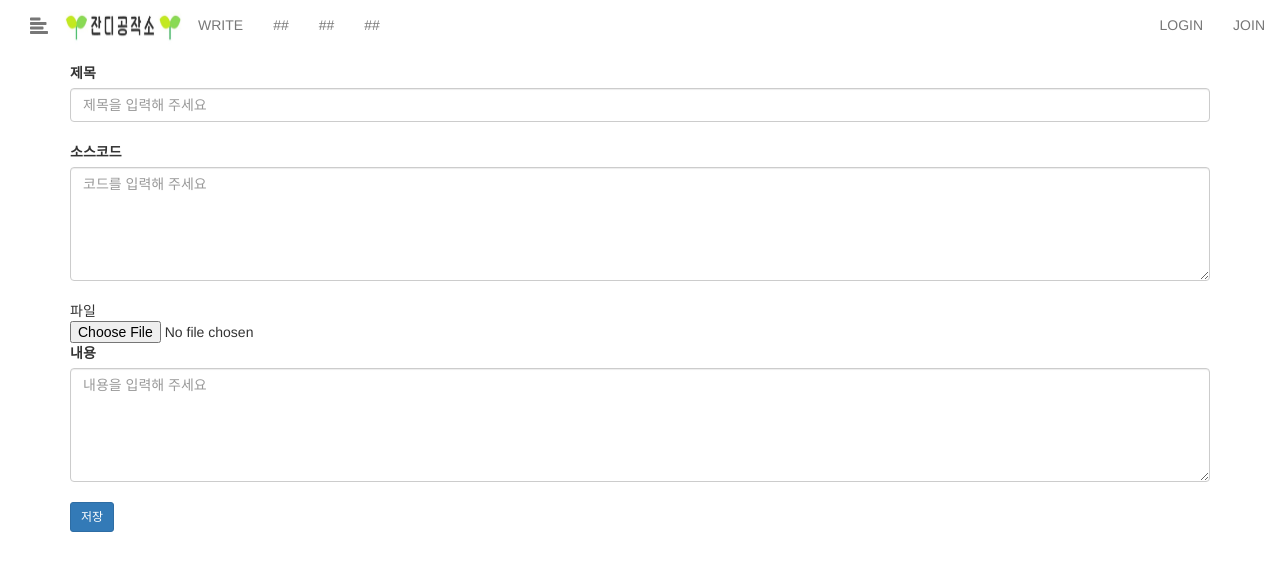
Repository: guddus326/Grass_Farm
Page: http://localhost/Grass_Farm/Write.jsp
An editor plug-in stored every save of this project. The page is shown before and after the next save, followed by the edit.
The browser window is 1280 px wide. The pictures show the whole page.
The page is served by Tomcat 9. Other server files are loaded and not shown.

Above is the page before, as saved 2020-09-28 04:16:03.

### Grass_Farm/Grass_Farm/WebContent/Write.jsp
<%@ page language="java" contentType="text/html; charset=EUC-KR"
    pageEncoding="EUC-KR"%>
<%@ page import="java.io.PrintWriter"%>
<!DOCTYPE html>
<html>
<head>
<meta http-equiv="Content-Type" content="text/html; charset=UTF-8">
<meta name="viewport" content="width=device-width" initial-scale="1">
 <link rel="stylesheet" href="css/bootstrap.min.css">

<title>오늘의 잔디</title>
<style>
 <style>
        body { padding-top: 50px; }
      	.navbar-fixed-top{
      		background-color: white;
      	}
        .page-header{
            font-family: 'Playfair Display', serif;
            text-align: left;
        }
		</style>
</style>
</head>
<body>
<%
		//로그인 한사람이라면	 userID라는 변수에 해당 아이디가 담기고 그렇지 않으면 null값
		String userID = null;
		if (session.getAttribute("userID") != null) {
			userID = (String) session.getAttribute("userID");
		}
%>
 <nav class="navbar-fixed-top navbar-default">
        <div class="container-fluid">
            <div class="navbar-header">
                <a class="navbar-brand" href="#">
                    <span class="glyphicon glyphicon-align-left" aria-hidden="true"></span>
                </a>
             </div>
			<div class="navbar-header">
            <a href="Index.jsp"><img alt="Brand" width=120px; height=40px;" style="margin-top: 8px;" src="./img/logo.JPG"></a>
			</div>

          <!-- Collect the nav links, forms, and other content for toggling -->
          <div class="collapse navbar-collapse" id="bs-example-navbar-collapse-1">
           	<ul class="nav navbar-nav">
              <li><a href="Write.jsp">WRITE</a></li>
              <li><a href="#">##</a></li>
              <li><a href="#">##</a></li>
              <li><a href="#">##</a></li>
            </ul>

            <%
            	if(userID==null){
            %>
            <ul class="nav navbar-nav navbar-right">
              <li><a href="Login.jsp">LOGIN</a></li>
              <li><a href="Join.jsp">JOIN</a></li>
            </ul>
            <%
            	}else{
            %>
            <ul class="nav navbar-nav navbar-right">
              <li><a href="LogoutAction.jsp">LOGOUT</a></li>
            </ul>
            <%
            	}
            %>
          </div><!-- /.navbar-collapse -->
        </div><!-- /.container-fluid -->
    </nav>
	<article>
		<div class="container" role="main">
			<h2>board Form</h2>
			<form method="post" action="WriteAction.jsp">
				<div class="mb-3">
					<label for="title">제목</label>
					<input type="text" class="form-control" name="bbsTitle" placeholder="제목을 입력해 주세요"><br>
				</div>

				<div class="mb-3">
					<label for="content">소스코드</label>
					<textarea class="form-control" rows="5" name="bbsSource" placeholder="코드를 입력해 주세요" ></textarea><br>
				</div>
				<div>
				<form method="POST" action="upload.php" enctype="multipart/form-data">
        		파일<input type="file" name="userfile">
    			</form>
    			</div>
				<div class="mb-3">
					<label for="content">내용</label>
					<textarea class="form-control" rows="5" name="bbsContent" placeholder="내용을 입력해 주세요" ></textarea><br>
				</div>

				<div >
					<button type="submit" class="btn btn-sm btn-primary" id="btnSave">저장</button>
				</div>
		</form>

		</div>
	</article>
</body>
</html>

Loaded but not shown: Grass_Farm/Grass_Farm/WebContent/css/bootstrap.min.css (library)

After the next save:
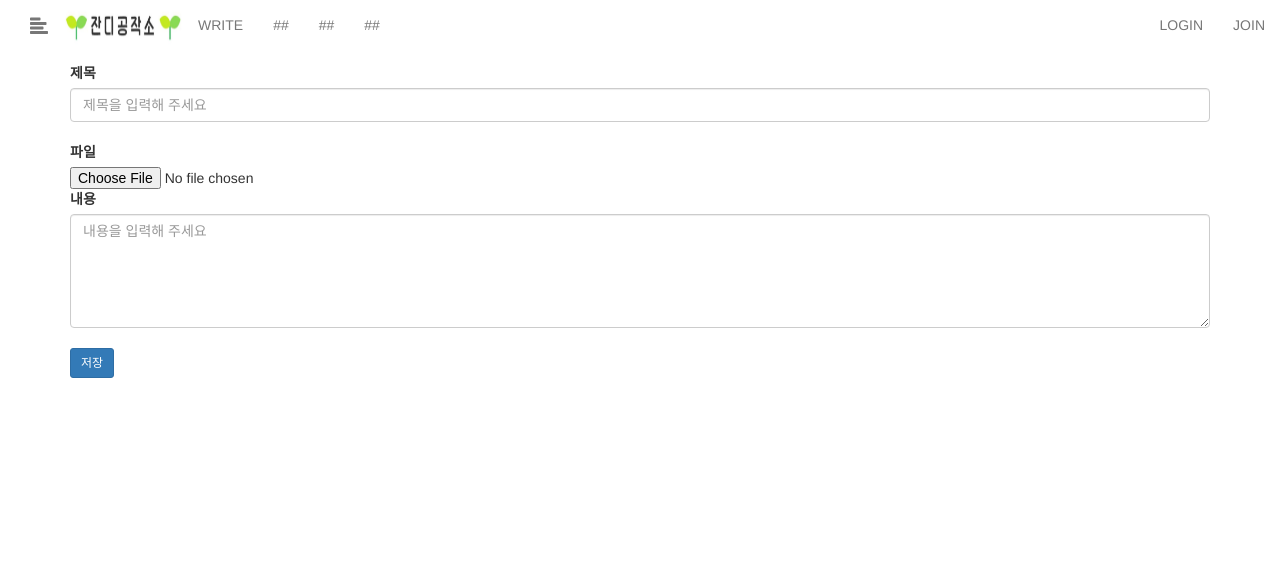
Saved 62 s later.
--- a/Grass_Farm/Grass_Farm/WebContent/Write.jsp
+++ b/Grass_Farm/Grass_Farm/WebContent/Write.jsp
@@ -77,14 +77,10 @@
 					<label for="title">제목</label>
 					<input type="text" class="form-control" name="bbsTitle" placeholder="제목을 입력해 주세요"><br>
 				</div>
-
 				<div class="mb-3">
-					<label for="content">소스코드</label>
-					<textarea class="form-control" rows="5" name="bbsSource" placeholder="코드를 입력해 주세요" ></textarea><br>
-				</div>
-				<div>
-				<form method="POST" action="upload.php" enctype="multipart/form-data">
-        		파일<input type="file" name="userfile">
+					<label for="file">파일</label>
+					<form method="POST" action="upload.php" enctype="multipart/form-data">
+        			<input type="file" name="userfile">
     			</form>
     			</div>
 				<div class="mb-3">
